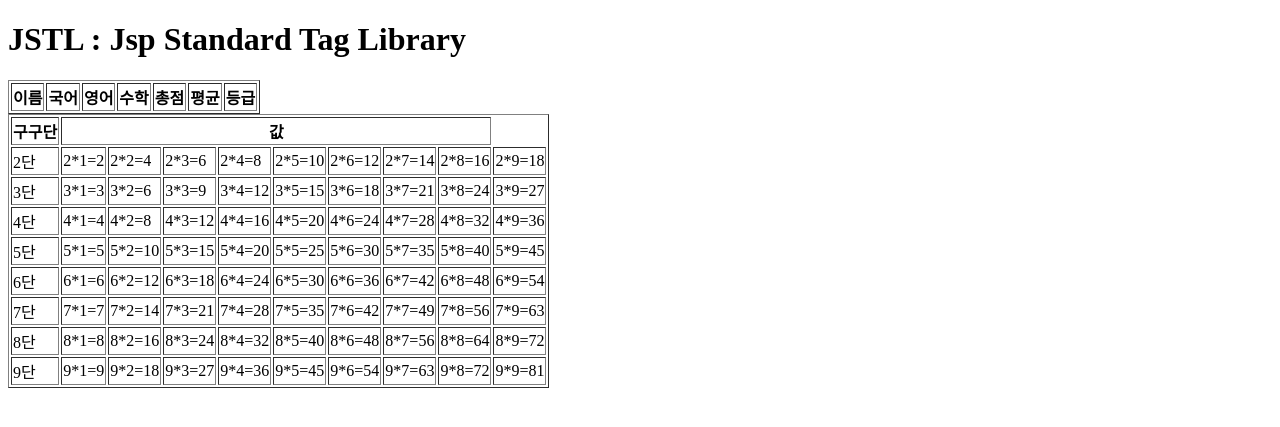
Repository: charamee/Web_kh
Page: http://localhost/Jsp07_EL_JSTL/jstltest.jsp
An editor plug-in stored every save of this project. The page is shown before and after the next save, followed by the edit.
The browser window is 1280 px wide. The pictures show the whole page.
The page is served by Tomcat 9. The template is opened directly, without the code that normally fills it, so the values that code supplies are empty.

Above is the page before, as saved 2021-02-24 15:39:25.

After the next save:
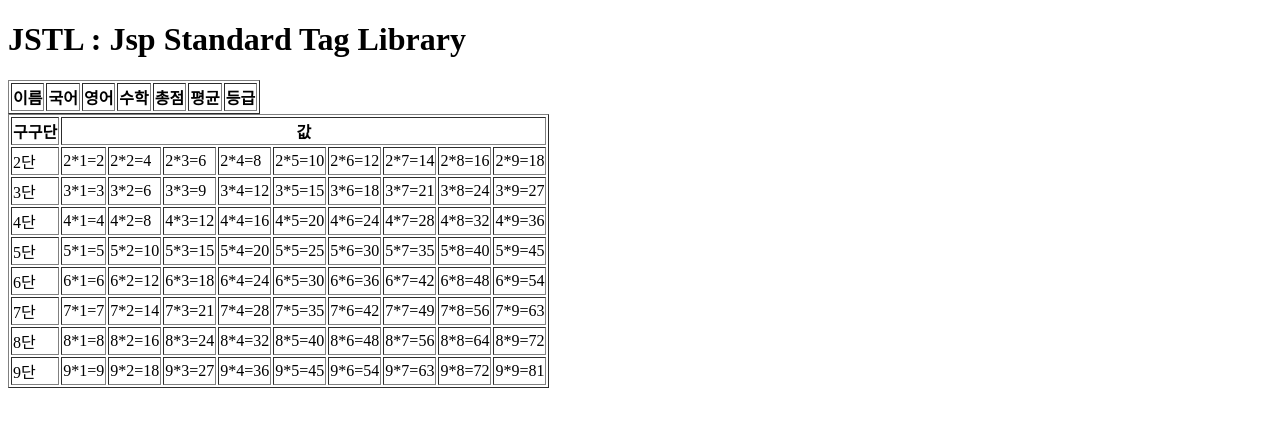
Saved 10 s later.
--- a/Workspace_WEB/Jsp07_EL_JSTL/WebContent/jstltest.jsp
+++ b/Workspace_WEB/Jsp07_EL_JSTL/WebContent/jstltest.jsp
@@ -91,7 +91,7 @@
 	<table border="1">
 	    <tr>
 		 	<th>구구단</th>
-		 	<th colspan="8">값</th>
+		 	<th colspan="9">값</th>
 		 </tr>
 
 	<c:forEach var="i" begin="2" end="9" step="1">
